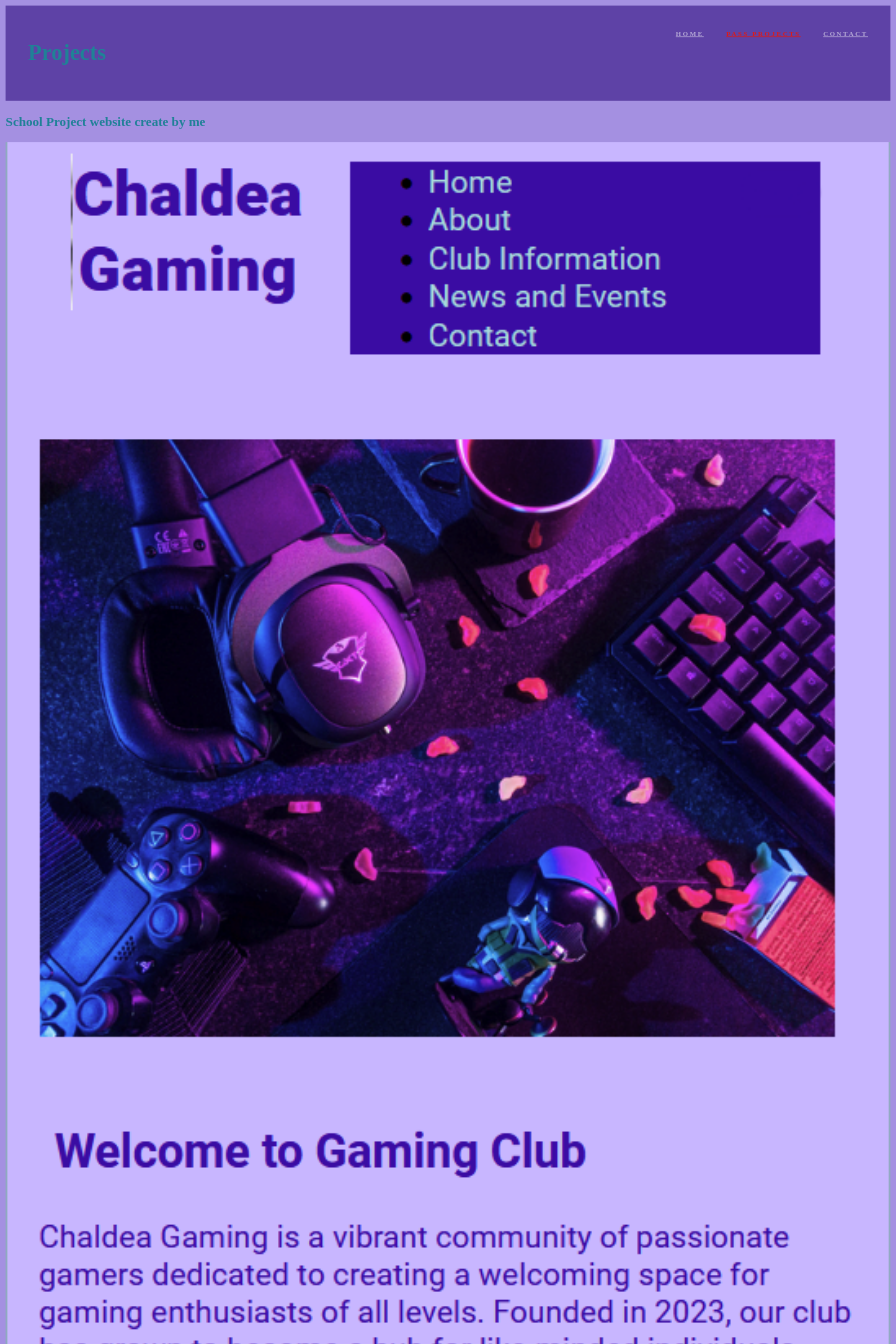
Repository: NyleNC/main
Page: projects.html
These files come from the project's save history. The page is drawn as it stood at one moment and after the next save; the edit follows.
The browser window is 1280 px wide. The pictures show the part of the page from y = 0 to 1920 px (the page is 3153 px tall before and 1619 px after), at 70% of full size.

Above is the page before, as saved 2024-11-07 00:30:48.

### projects.html
<!DOCTYPE html>
<html lang="en">
<head>
    <meta charset="UTF-8">
    <meta name="viewport" content="width=device-width, initial-scale=1.0">
    <title>Nyle Bumanglag</title>
    <link rel="stylesheet" href="style.css">
</head>
<header id="header"><h1>Projects</h1>
    <nav>
        <ul>
            <li><a href="index.html">Home</a></li>
            <li><a href="projects.html" class="active">Pass Projects</a></li>
            <li><a href="Contact.html">Contact</a></li>
        </ul>
    </nav>
</header>
<body>
    <section>
        <div >
            <div >
            <h3>School Project website create by me </h3>
            <img src="Images/website.png" alt="website"class="image-fit" >
        </div>
        </div>



    </section>
</body>
</html>

### style.css
body{
    background: #a490e1;
    color: rgb(32, 129, 151);
}
#header {
display: -moz-flex;
display: -webkit-flex;
display: -ms-flex;
display: flex;
background-color: #5e42a6;
cursor: default;
padding: 1.75em 2em;
}

#header > .title {
border: 0;
color: #ffffff;
 display: block;
font-size: 1.25em;
font-weight: bold;
}

#header > nav {
-moz-flex: 1;
-webkit-flex: 1;
-ms-flex: 1;
flex: 1;
text-align: right;
}
 #header > nav > ul {
 margin: 0;
padding: 0;
}

 #header > nav > ul > li {
 display: inline-block;
margin-left: 1.75em;
 padding: 0;
vertical-align: middle;
}

#header > nav > ul > li:first-child {
margin-left: 0;
}

#header > nav > ul > li a {
  border: 0;
color: rgba(255, 255, 255, 0.542);
display: inline-block;
 font-size: 0.6em;
font-weight: bold;
letter-spacing: 0.25em;
text-transform: uppercase;
}
 #header > nav > ul > li a:hover {
color: rgb(144, 225, 164)
}
#header > nav > ul > li a.active {
color: #dd1a1a;
}

.image-fit {
 display: block;
 margin: 0 0 2em 0;
 width: 100%;
}
.container{
    margin: 0 auto;
    gap: 1em;
    display: grid;
    grid-template-columns:  1fr 1fr;
	width: 95%;
    height: auto;
    border: 4px solid #26b3de;
    border-radius:3px;
}

After the next save:
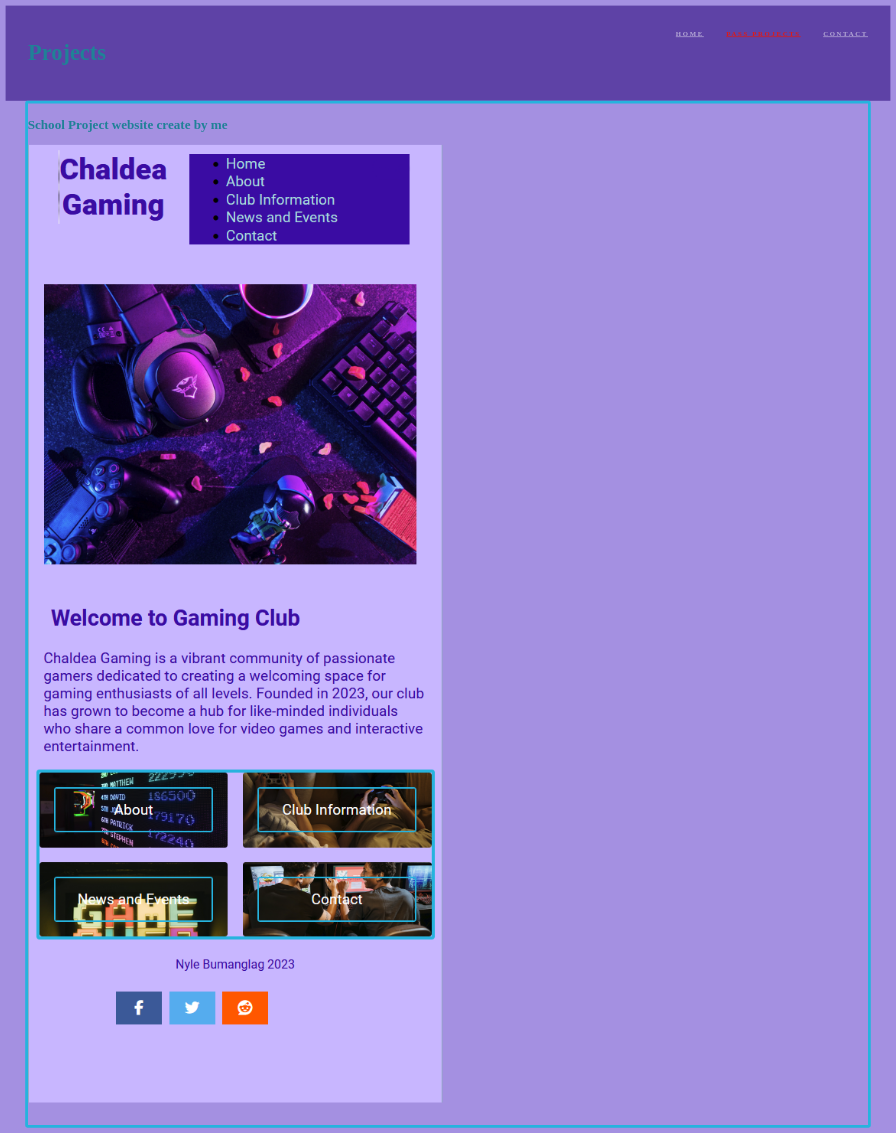
Saved 9 s later.
--- a/projects.html
+++ b/projects.html
@@ -16,7 +16,7 @@
     </nav>
 </header>
 <body>
-    <section>
+    <section class="container">
         <div >
             <div >
             <h3>School Project website create by me </h3>
